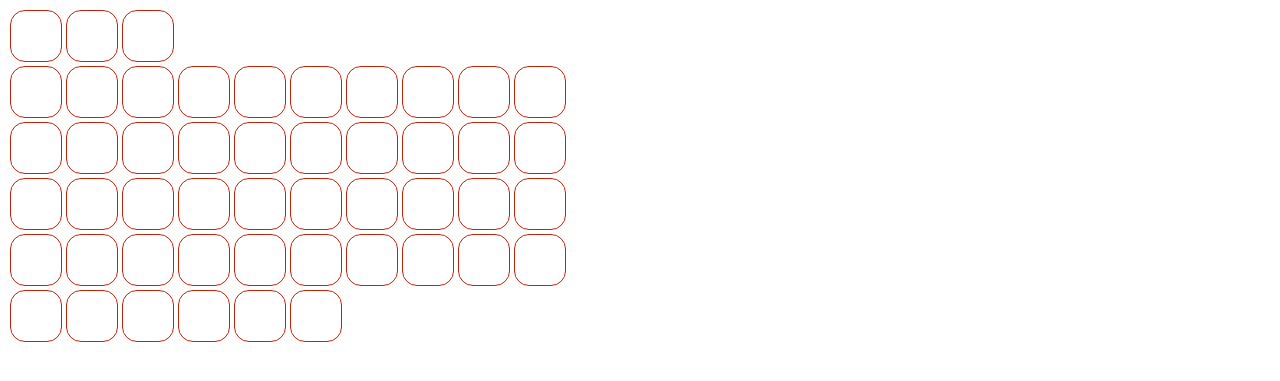
Repository: LechCieslak/anchor_and_anchois
Page: index.html
An editor plug-in stored every save of this project. The page is shown before and after a run of saves, followed by the edit.
The browser window is 1280 px wide. The pictures show the whole page.

Above is the page before, as saved 2020-04-22 01:12:19.

After the next 2 saves:
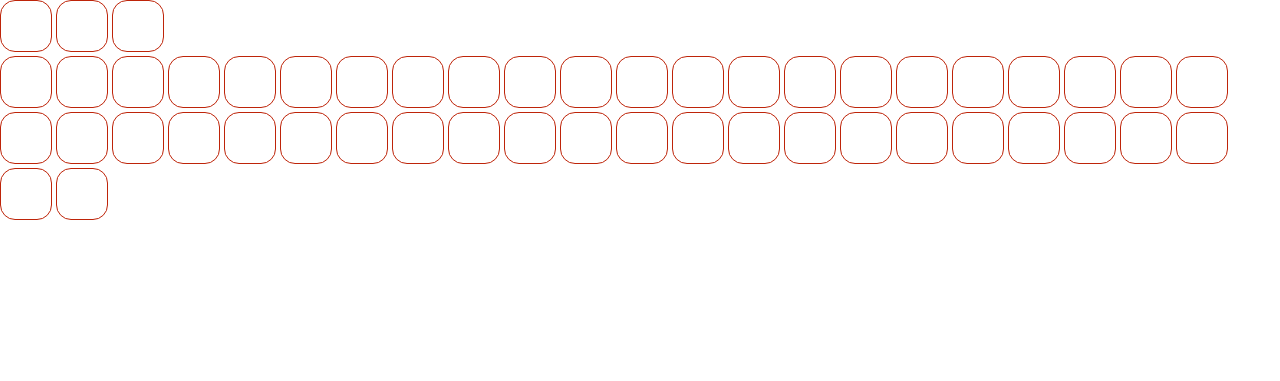
The 2 saves are shown as one change because they came seconds apart.
The last was saved 13 s later.
--- a/index.html
+++ b/index.html
@@ -9,7 +9,7 @@
 </head>
 <body>
 
-    <div class="row">
+    <!-- <div class="row"> -->
         <div class="field" onclick="boberFunc()"></div>
         <div class="field" onclick="boberFunc2()"></div>
         <div class="field" onclick="boberFunc()"></div>
@@ -64,7 +64,7 @@
         <div class="field"></div>
         <div class="field"></div>
         <div class="field"></div>
-    </div>
+    <!-- </div> -->
 
     <!-- <button onclick="boberFunc()">click me</button> -->
 
@@ -72,4 +72,4 @@
 
     <script src="app.js"></script>
 </body>
-</div></htm>
+</!--></htm>
